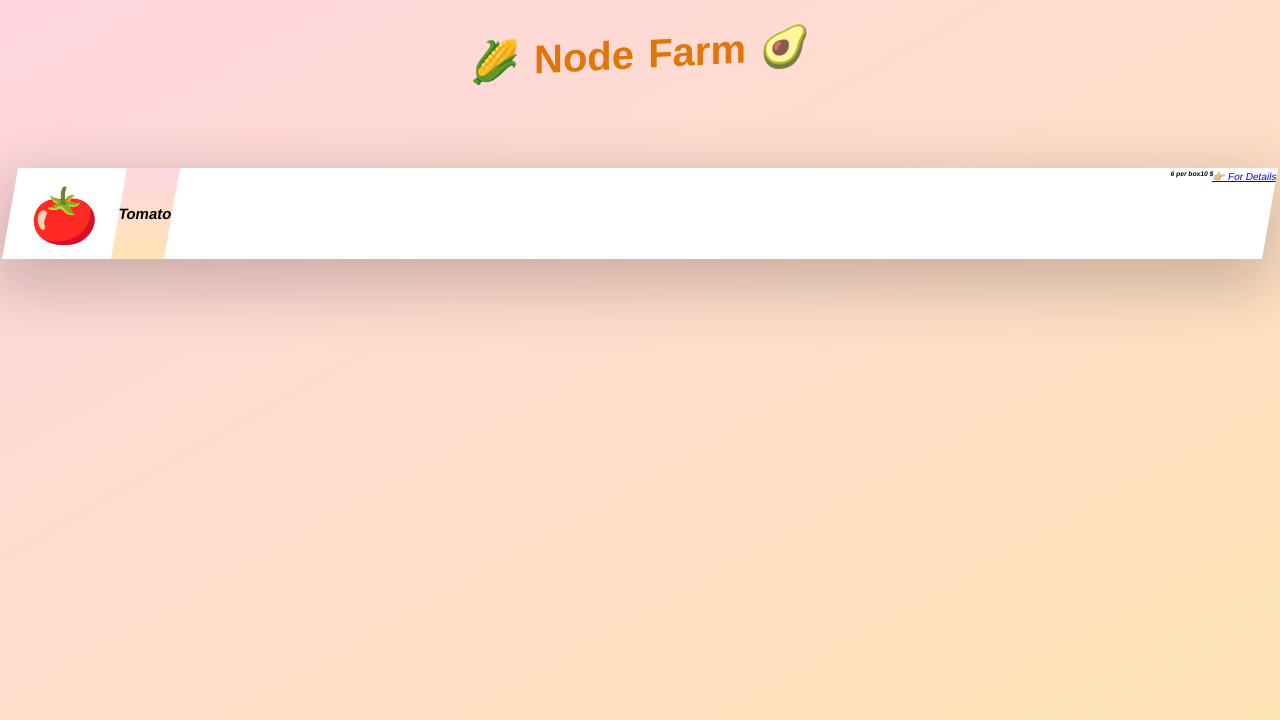
Repository: Kubraaygun/NodeFarm_Backend
Page: templates/overview.html
An editor plug-in stored every save of this project. The page is shown before and after the next save, followed by the edit.
The browser window is 1280 px wide. The pictures show the whole page.

Above is the page before, as saved 2025-09-01 22:23:10.

### templates/overview.html
<!DOCTYPE html>
<html lang="en">
  <head>
    <meta charset="UTF-8" />
    <meta name="viewport" content="width=device-width, initial-scale=1.0" />
    <title>NODE FARM</title>
    <style>
      *,
      *::before,
      *::after {
        margin: 0;
        padding: 0;
        box-sizing: inherit;
      }
      html {
        font-size: 10px;
        box-sizing: border-box;
      }
      body {
        padding: 20px 10px 10px;
        background: linear-gradient(to bottom right, #ffd6e0, #ffe4b5);
        min-height: 100vh;
        font-family: sans-serif;
        line-height: 1.7;
      }
      h1 {
        font-size: 4rem;
        color: rgb(224, 117, 10);
        transform: skewY(-3deg);
        text-align: center;
        position: relative;
        word-spacing: 3px;
      }
      .container {
        width: 100%;
        margin: 0 auto;
      }
      .cards-container {
        margin-top: 8rem;
      }
      .card {
        background-color: white;
        box-shadow: 0 2rem 6rem 1rem rgba(0, 0, 0, 0.2);
        margin-bottom: 5rem;
        display: flex;
        transform: skewX(-10deg);
      }
      .card__emoji {
        font-size: 5.5rem;
        line-height: 1.2;
        padding: 1.5rem 6rem 1rem 2rem;
        transform: skewX(10deg);
        letter-spacing: -4rem;
      }
      .card__title-box {
        background: linear-gradient(to bottom, #ffd6e0, #ffe4b5);
        margin-right: auto;
        display: flex;
        align-items: center;
      }
    </style>
  </head>
  <body>
    <div class="container">
      <h1>🌽 Node Farm 🥑</h1>

      <div class="cards-container">
        <!-- {%PRODUCT_CARDS%} -->
        <figure class="card">
          <div class="card__emoji">🍅</div>
          <div class="card__title-box">
            <h2 class="card__title">
              <!-- {%PRODUCTNAME%} -->
              Tomato
            </h2>
          </div>

          <div class="card__details">
            <div class="card_detail-box">
              <h6 class="card__detail card__detail--organic"></h6>
            </div>
          </div>

          <div class="card__detail-box">
            <h6 class="card__detail">
              <!-- {%QUANTITY%} per box  -->
              6 per box
            </h6>
          </div>

          <div class="card__detail-box">
            <h6 class="card__detail card__detail--price">
              <!-- {%PRICE%} -->
              10 $
            </h6>
          </div>
          <a href="/product?id={%ID%}" class="card__link">
            <span> 👉🏼 For Details </span>
          </a>
        </figure>
      </div>
    </div>
  </body>
</html>

After the next save:
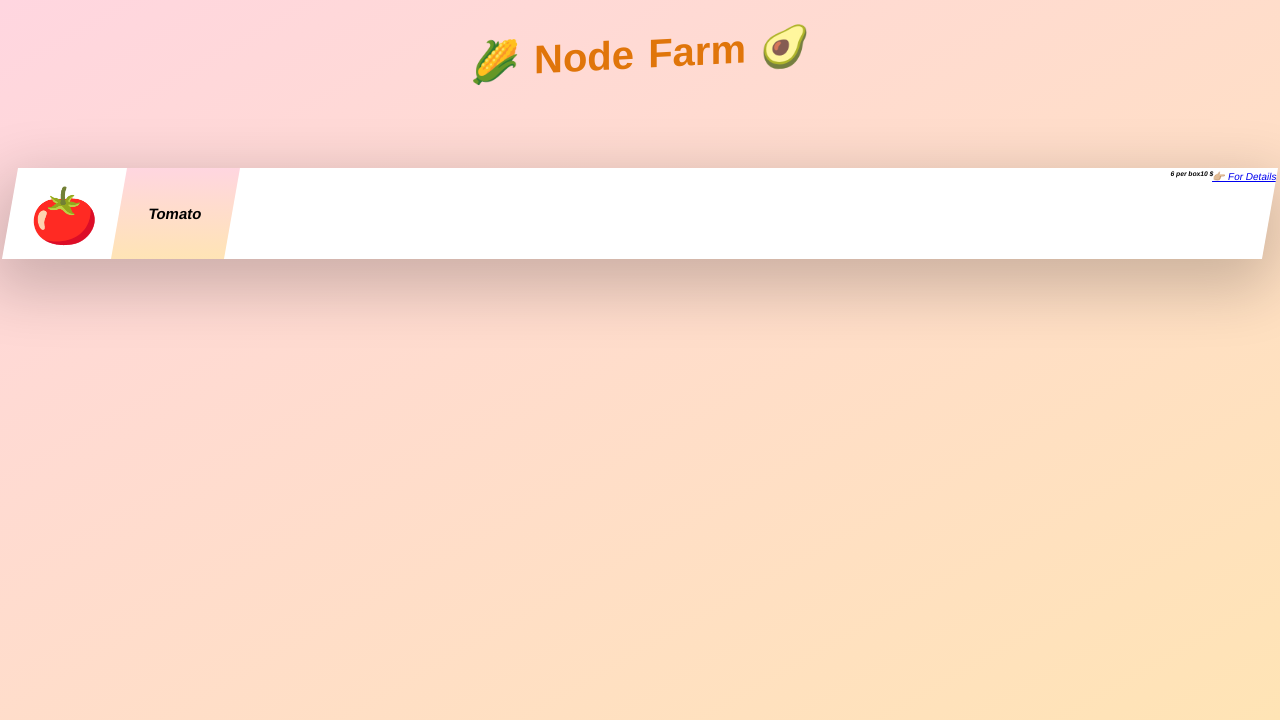
Saved 6 s later.
--- a/templates/overview.html
+++ b/templates/overview.html
@@ -57,6 +57,7 @@
         margin-right: auto;
         display: flex;
         align-items: center;
+        padding: 0 3rem;
       }
     </style>
   </head>
